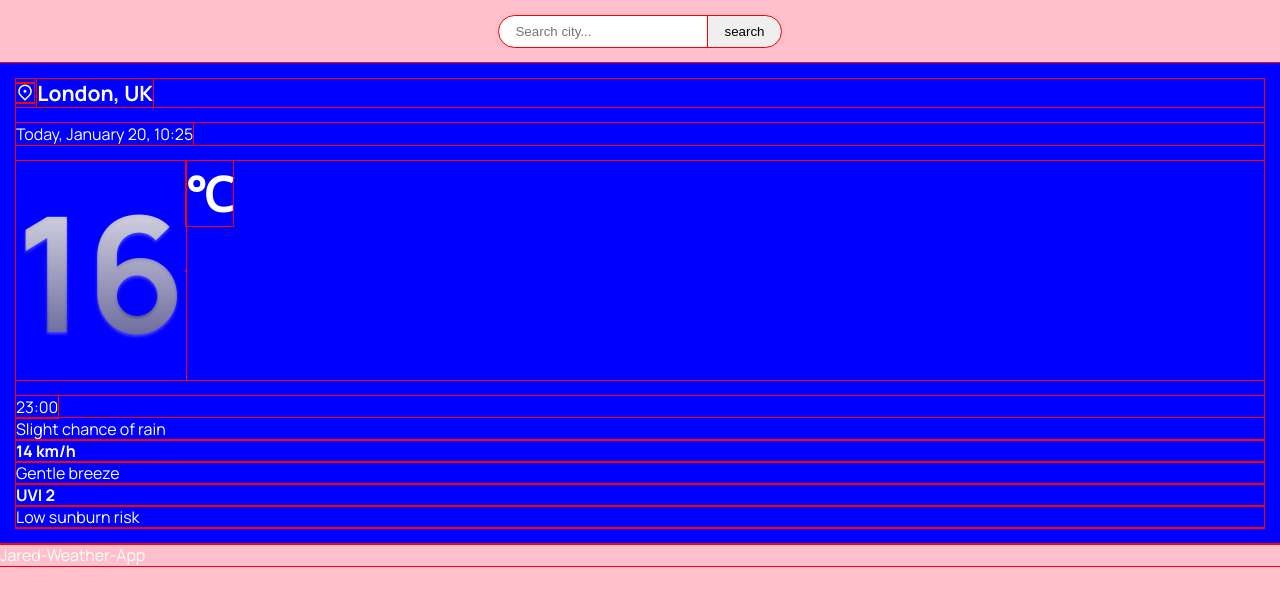
Repository: EguJaredoBoyd/Jared-Weather-App
Page: main.html
An editor plug-in stored every save of this project. The page is shown before and after the next save, followed by the edit.
The browser window is 1280 px wide. The pictures show the whole page.
Some web libraries are served in a nearby version.

Above is the page before, as saved 2026-01-22 17:08:24.

### main.html
<!doctype html>
<html lang="en">
  <head>
    <meta charset="UTF-8" />
    <meta name="viewport" content="width=device-width, initial-scale=1.0" />
    <link rel="preconnect" href="https://fonts.googleapis.com" />
    <link rel="preconnect" href="https://fonts.gstatic.com" crossorigin />
    <link
      href="https://fonts.googleapis.com/css2?family=Manrope:wght@200..800&display=swap"
      rel="stylesheet"
    />
    <head>
      <link
        href="https://cdn.jsdelivr.net/npm/remixicon@4.8.0/fonts/remixicon.css"
        rel="stylesheet"
      />
    </head>
    <link rel="stylesheet" href="./css/styles.css" />
    <title>Jared-Weather-App</title>
  </head>
  <body class="weather-app">
    <div class="weather-app__container">
      <header>
        <div class="search-place">
          <input
            type="text"
            placeholder="Search city..."
            aria-label="Search city"
          />
          <button>search</button>
        </div>
      </header>
      <main>
        <section class="current-weather">
          <div class="place-searched">
            <i class="ri-map-pin-2-line"></i>
            <h3 class="city-name">London, UK</h3>
          </div>
          <div class="date-today">
            <time datetime="2026-01-20T10:25">Today, January 20, 10:25</time>
          </div>
          <div class="place-temperature">
            <span class="place-temperature__measure"><h3>16</h3></span>
            <span class="place-temperature__degree"><h3>℃</h3></span>
          </div>
          <div class="place-forecast">
            <article class="forecast-item forecast-item--weather">
              <time datetime="23:00">23:00</time>
              <p>Slight chance of rain</p>
            </article>

            <article class="forecast-item forecast-item--wind">
              <h4>14 km/h</h4>
              <p>Gentle breeze</p>
            </article>

            <article class="forecast-item forecast-item--uv">
              <h4>UVI 2</h4>
              <p>Low sunburn risk</p>
            </article>
          </div>
        </section>
        <section class="swipe-section">
          <!-- Hourly and daily forecast will slide in here! -->
        </section>
      </main>
      <footer>
        <div><p>Jared-Weather-App</p></div>
      </footer>
    </div>
  </body>
</html>

### css/styles.css
/* ==== CSS RESET ==== */
*,
*::before,
*::after {
  margin: 0;
  padding: 0;
  box-sizing: border-box;
  outline: 1px solid red;
}

:root {
  --background-color: #03045e;
  --text-color: white;
}

html {
  font-size: 16px;
}

body {
  font-family: "Manrope", sans-serif;
  background-color: var(--background-color);
  color: var(--text-color);
}

.weather-app__container {
  display: flex;
  flex-direction: column;
  background-color: pink;
  height: 100vh;
}

.search-place {
  display: flex;
  justify-content: center;
  padding: 1rem;
}

.search-place input {
  padding: 0.5rem 1rem;
  border: none;
  border-bottom-left-radius: 1rem;
  border-top-left-radius: 1rem;
}

.search-place button {
  border: none;
  border-top-right-radius: 1rem;
  border-bottom-right-radius: 1rem;
  padding: 0.5rem 1rem;
}

main {
  background-color: blue;
  display: flex;
  flex-direction: column;
  padding: 1rem;
}

.current-weather {
  display: flex;
  flex-direction: column;
  row-gap: 1rem;
}

.place-searched {
  display: flex;
  align-items: center;
  column-gap: 0.2rem;
  font-size: large;
}

.place-temperature {
  display: flex;
  align-items: center;
  position: relative;
}

.place-temperature__measure h3 {
  font-size: 10rem;
  background: linear-gradient(to bottom, white, var(--background-color));
  -webkit-background-clip: text;
  background-clip: text;
  -webkit-text-fill-color: transparent;
  text-shadow: 0 2px 3px rgba(243, 235, 235, 0.3);
}

.place-temperature__degree h3 {
  font-size: 3rem;
  position: absolute;
  top: 0;
}

After the next save:
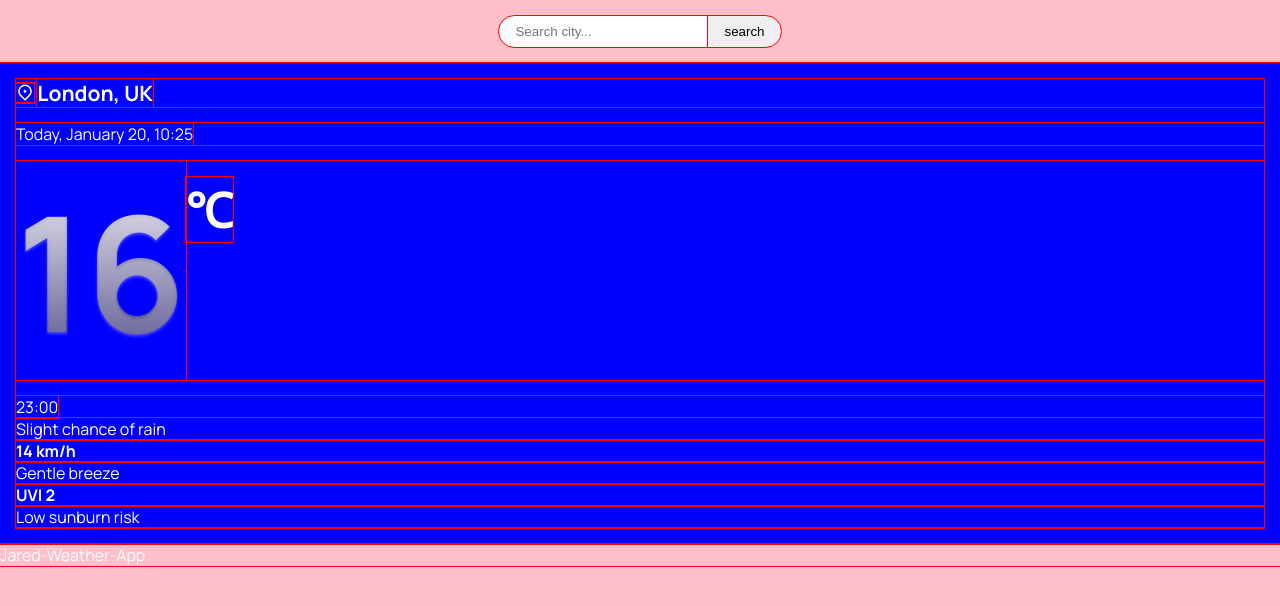
Saved 14 s later.
--- a/css/styles.css
+++ b/css/styles.css
@@ -88,5 +88,5 @@ main {
 .place-temperature__degree h3 {
   font-size: 3rem;
   position: absolute;
-  top: 0;
+  top: 1rem;
 }
